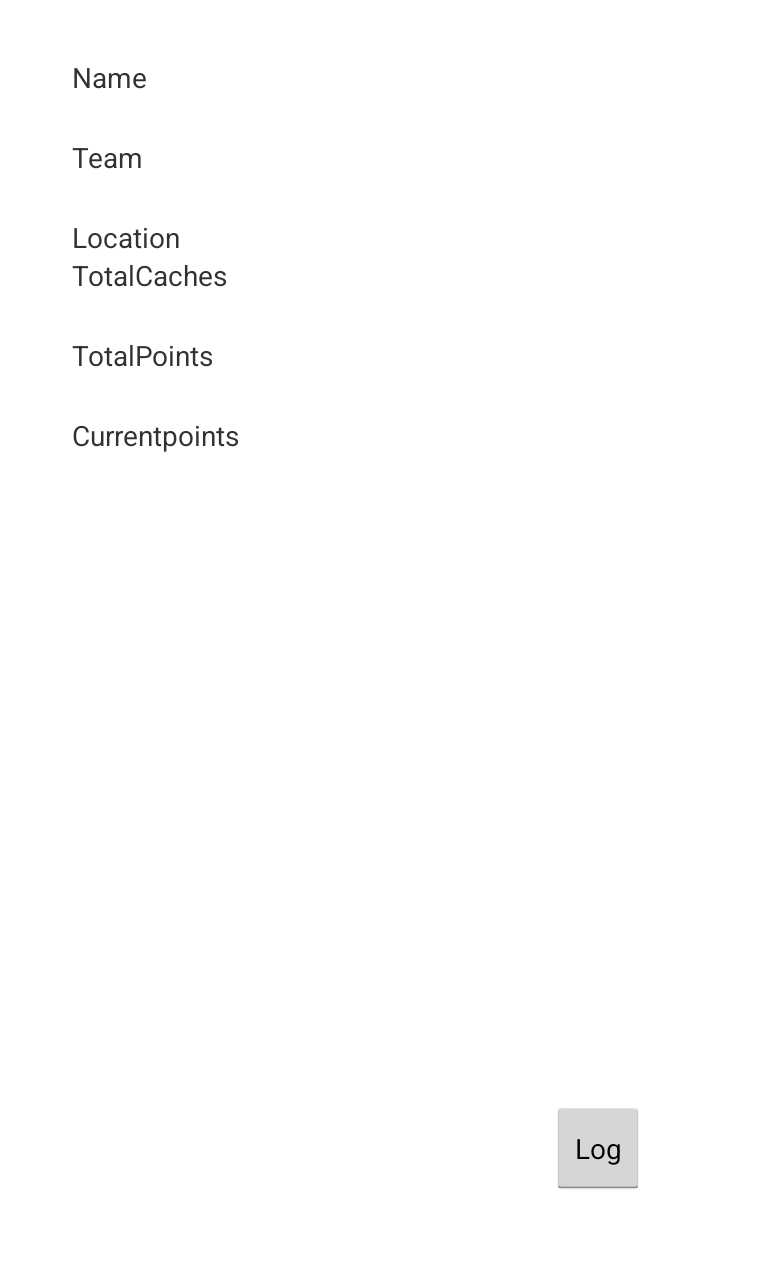
Repository: mpdehnel/seg
Layout: VectorOne/res/layout/activity_user.xml
An editor plug-in stored every save of this project. The layout is shown before and after the next save, followed by the edit.
It is drawn on a 768 x 1280 px phone screen (xhdpi) without system bars, with theme AppTheme; the app's code is not run.

Above is the layout before, as saved 2013-03-12 02:44:59.

### VectorOne/res/layout/activity_user.xml
<RelativeLayout xmlns:android="http://schemas.android.com/apk/res/android"
    android:id="@+id/me_layout"
    android:layout_width="fill_parent"
    android:layout_height="fill_parent" >

    <TextView
        android:id="@+id/name"
        android:layout_width="wrap_content"
        android:layout_height="40dp"
        android:layout_alignParentLeft="true"
        android:layout_alignParentTop="true"
        android:layout_marginLeft="36dp"
        android:layout_marginTop="29dp"
        android:text="Name" />

    <TextView
        android:id="@+id/team"
        android:layout_width="wrap_content"
        android:layout_height="40dp"
        android:layout_alignLeft="@+id/name"
        android:layout_below="@+id/name"
        android:text="Team" />

    <TextView
        android:id="@+id/location"
        android:layout_width="wrap_content"
        android:layout_height="wrap_content"
        android:layout_alignLeft="@+id/team"
        android:layout_below="@+id/team"
        android:text="Location" />

    <TextView
        android:id="@+id/totalNumberOfChaches"
        android:layout_width="wrap_content"
        android:layout_height="40dp"
        android:layout_alignLeft="@+id/location"
        android:layout_below="@+id/location"
        android:text="TotalCaches" />

    <TextView
        android:id="@+id/totalPoints"
        android:layout_width="wrap_content"
        android:layout_height="40dp"
        android:layout_alignLeft="@+id/totalNumberOfChaches"
        android:layout_below="@+id/totalNumberOfChaches"
        android:text="TotalPoints" />

    <Button
        android:id="@+id/log_button"
        style="?android:attr/buttonStyleSmall"
        android:layout_width="wrap_content"
        android:layout_height="wrap_content"
        android:layout_alignParentBottom="true"
        android:layout_alignParentRight="true"
        android:layout_marginBottom="42dp"
        android:layout_marginRight="61dp"
        android:text="Log" />

    <TextView
        android:id="@+id/currentpoints"
        android:layout_width="wrap_content"
        android:layout_height="40dp"
        android:layout_alignLeft="@+id/totalPoints"
        android:layout_below="@+id/totalPoints"
        android:text="Currentpoints" />

</RelativeLayout>

Loaded but not shown: VectorOne/res/values/styles.xml (common file); VectorOne/res/values-v11/styles.xml (common file); VectorOne/res/values-v14/styles.xml (common file)

After the next save:
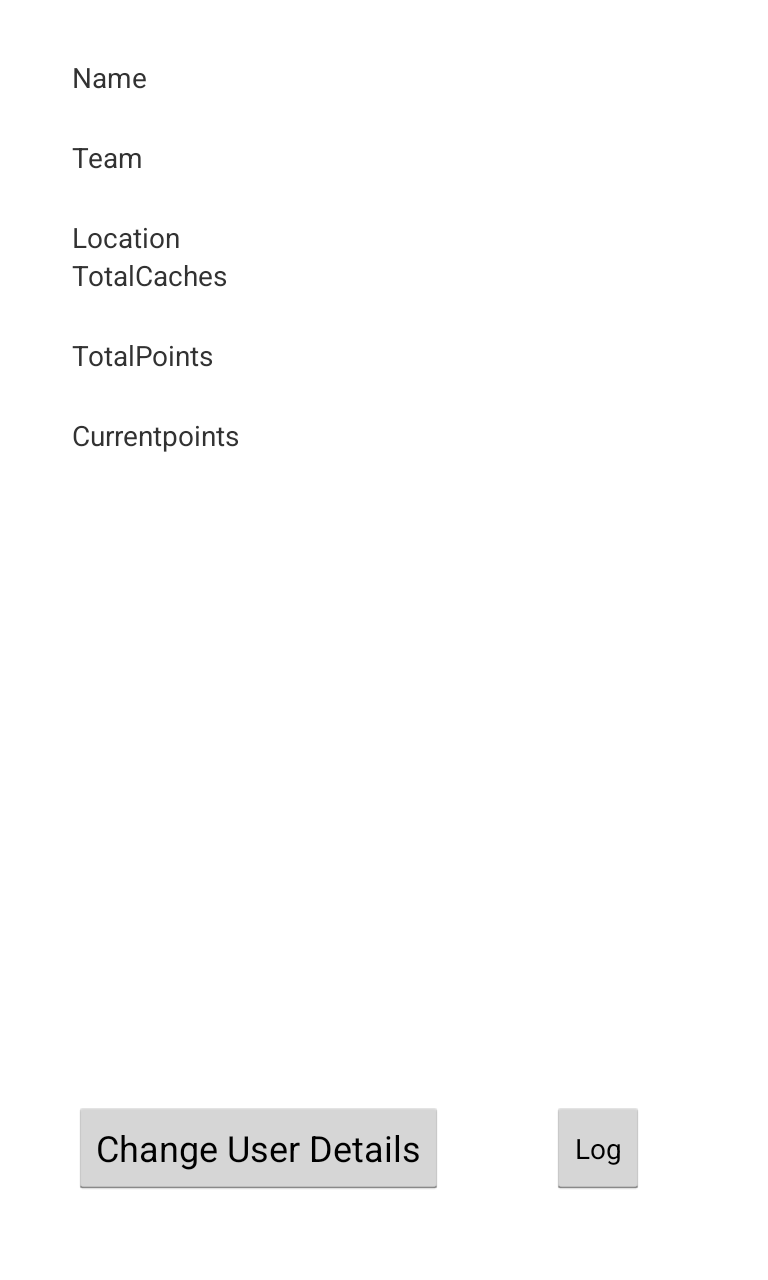
Saved 16 min 35 s later.
--- a/VectorOne/res/layout/activity_user.xml
+++ b/VectorOne/res/layout/activity_user.xml
@@ -64,4 +64,12 @@
         android:layout_below="@+id/totalPoints"
         android:text="Currentpoints" />
 
+    <Button
+        android:id="@+id/Change"
+        android:layout_width="wrap_content"
+        android:layout_height="wrap_content"
+        android:layout_alignLeft="@+id/currentpoints"
+        android:layout_alignTop="@+id/log_button"
+        android:text="Change User Details" />
+
 </RelativeLayout>
